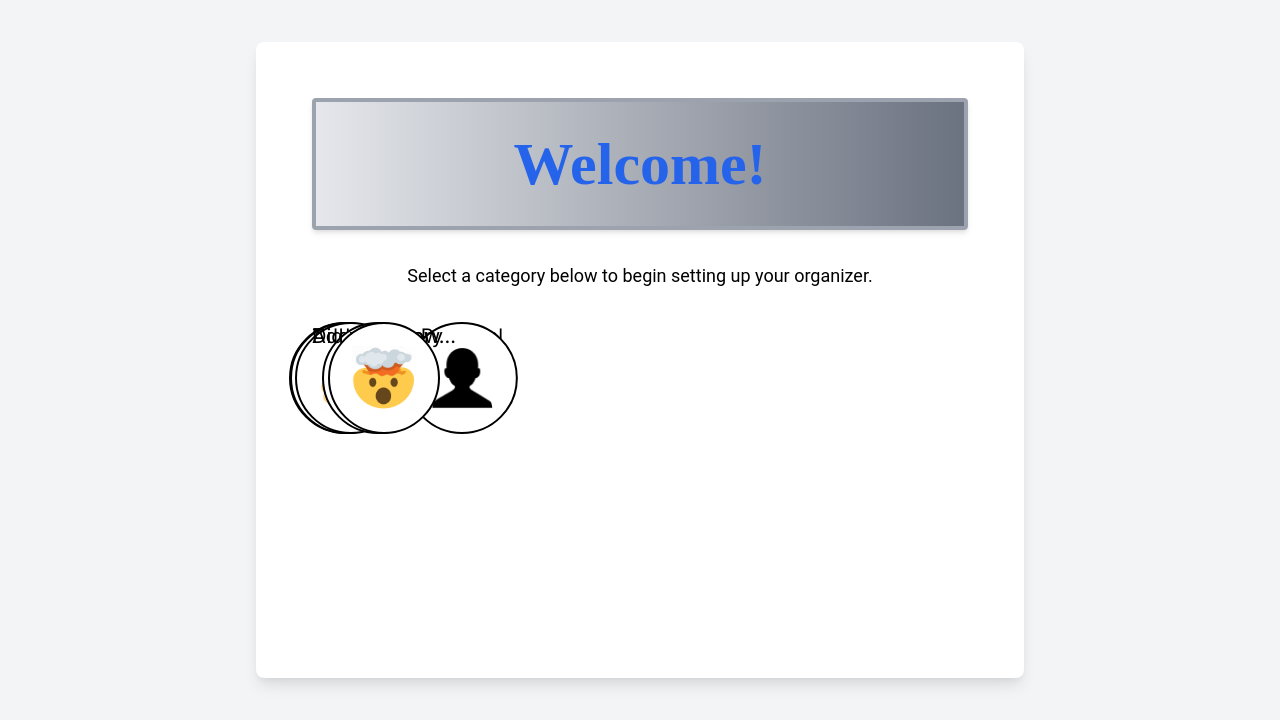
Repository: MercyB19/Russaw_Mercy_Adulting-101_Capstone
Page: page2.html
These files come from the project's save history. The page is drawn as it stood at one moment and after the next save; the edit follows.
The browser window is 1280 px wide. The pictures show the whole page.
Some web fonts or font styles are not loaded; a fallback is used.

Above is the page before, as saved 2024-07-23 06:26:18.

### page2.html
<!DOCTYPE html>
<html lang="en">

<head>
  <meta charset="UTF-8">
  <meta name="viewport" content="width=device-width, initial-scale=1.0">
  <title>YAY Adulting</title>
  <link href="https://cdn.jsdelivr.net/npm/tailwindcss@2.2.19/dist/tailwind.min.css" rel="stylesheet">
  <link rel="stylesheet" href="https://fonts.googleapis.com/css2?family=Balsamiq+Sans:wght@400;700&display=swap">
  <link rel="stylesheet" href="https://fonts.googleapis.com/css2?family=Inter:wght@400;500;600&display=swap">
  <style>
    .pentagon-layout {
      position: relative;
      width: 300px;
      height: 300px;
    }

    .pentagon-layout div {
      position: absolute;
    }

    .personal {
      top: 0;
      left: 50%;
      transform: translateX(-50%);
    }

    .secure {
      top: 30%;
      left: 0;
    }

    .add-category {
      top: 50%;
      left: 50%;
      transform: translate(-50%, -50%);
    }

    .my-v {
      top: 30%;
      right: 0;
    }

    .the-bag {
      bottom: 0;
      left: 25%;
    }

    .did-you-know {
      bottom: 0;
      right: 25%;
    }
  </style>
</head>

<body class="bg-gray-100 flex justify-center items-center min-h-screen">
  <div class="w-full max-w-screen-md p-8 bg-white rounded-lg shadow-lg">
    <div class="bg-gradient-to-r from-teal to-cyan-500 p-6 rounded-lg">
    <header class="w-full p-8 bg-gradient-to-r from-gray-200 to-gray-500 border-4 border-gray-400 flex flex-col items-center rounded shadow-md mb-8">
      <h1 class="text-6xl font-bold text-blue-600" style="font-family: 'Balsamiq Sans', cursive;">Welcome!</h1>
    </header>
    <div class="text-center mb-8">
      <p class="text-lg" style="font-family: 'Roboto', sans-serif;">Select a category below to begin setting up your organizer.</p>
    </div>
    <div class="pentagon-layout">
      <div class="personal flex flex-col items-center">
        <div class="w-28 h-28 flex justify-center items-center bg-white border-2 border-black rounded-full mb-2">
          <img src="Images/Person_personal_img.png" alt="Personal" class="w-17 h-16">
        </div>
        <p class="text-xl" style="font-family: 'Inter', sans-serif;">Personal</p>
      </div>
      <div class="flex flex-col items-center">
        <div class="w-28 h-28 flex justify-center items-center bg-white border-2 border-black rounded-full mb-2">
          <img src="Images/Secure_icon_img.png" alt="Secure" class="w-16 h-16">
        </div>
        <p class="text-xl" style="font-family: 'Inter', sans-serif;">Secure</p>
      </div>
      <div class="flex flex-col items-center">
        <div class="w-28 h-28 flex justify-center items-center bg-white border-2 border-black rounded-full mb-2">
          <img src="images/My_V_img.png" alt="My V" class="w-15 h-15">
        </div>
        <p class="text-xl" style="font-family: 'Inter', sans-serif;">My "V"</p>
      </div>
      <div class="flex flex-col items-center">
        <div class="w-28 h-28 flex justify-center items-center bg-white border-2 border-black rounded-full mb-2">
          <img src="Images/The_bag_icon_img.png" alt="The Bag" class="w-16 h-16">
        </div>
        <p class="text-xl" style="font-family: 'Inter', sans-serif;">The Bag</p>
      </div>
      <div class="flex flex-col items-center">
        <div class="w-28 h-28 flex justify-center items-center bg-white border-2 border-black rounded-full mb-2">
          <img src="Images/Add_new_img.png" alt="Add Category" class="w-16 h-16">
        </div>
        <p class="text-xl" style="font-family: 'Inter', sans-serif;">Add Category</p>
      </div>
      <div class="flex flex-col items-center">
        <div class="w-28 h-28 flex justify-center items-center bg-white border-2 border-black rounded-full mb-2">
          <img src="Images/did_you_know_icon.png" alt="Did you know" class="w-16 h-16">
        </div>
        <p class="text-xl" style="font-family: 'Inter', sans-serif;">Did you know...</p>
      </div>
    </div>
  </div>
</body>

</html>

After the next save:
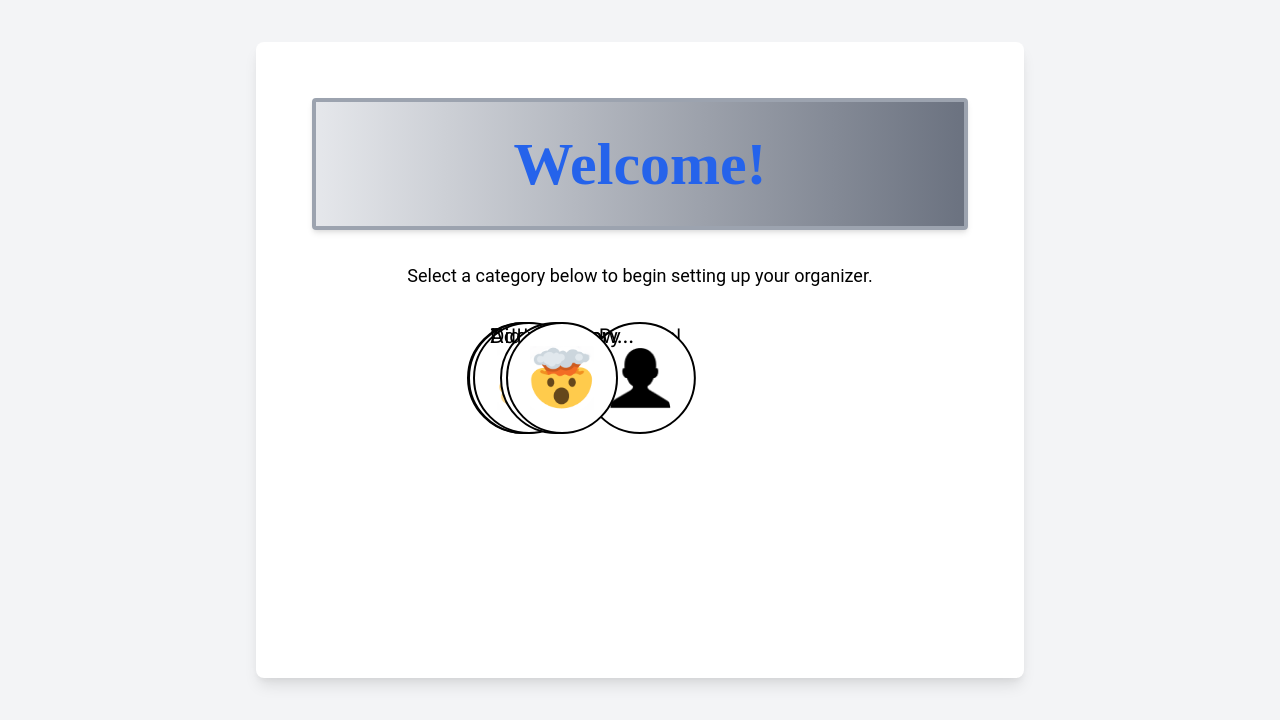
Saved 6 min 43 s later.
--- a/page2.html
+++ b/page2.html
@@ -13,6 +13,7 @@
       position: relative;
       width: 300px;
       height: 300px;
+      margin: 0 auto;
     }
 
     .pentagon-layout div {
@@ -27,7 +28,8 @@
 
     .secure {
       top: 30%;
-      left: 0;
+      left: 10%;
+      transform: translate(-50%. -50%);
     }
 
     .add-category {
@@ -37,18 +39,21 @@
     }
 
     .my-v {
-      top: 30%;
-      right: 0;
+      top: 35%;
+      right: 10%;
+      transform: translate(50%, -50%);
     }
 
     .the-bag {
       bottom: 0;
       left: 25%;
+      transform: translate(-50%, -50%);
     }
 
     .did-you-know {
       bottom: 0;
       right: 25%;
+      transform: translate(-50%, -50%);
     }
   </style>
 </head>
